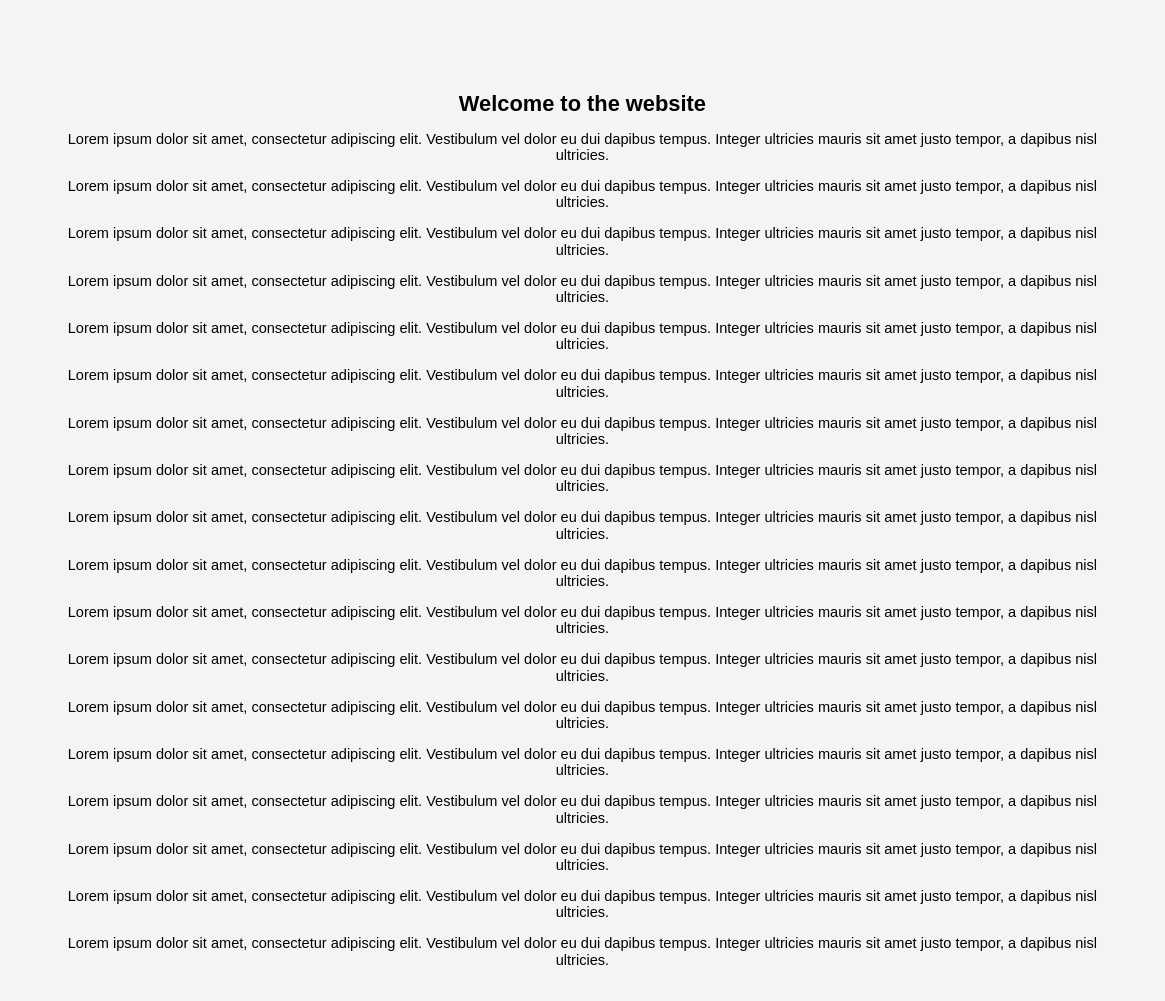
Repository: JoyMoGas/HelujaArc
Page: http://localhost/
These files come from the project's save history. The page is drawn as it stood at one moment and after the next save; the edit follows.
The browser window is 1280 px wide. The pictures show the part of the page from y = 500 to 1600 px (the page is 1600 px tall before and 1520 px after), at 91% of full size.
Backgrounds fixed to the window are drawn as part of the page. The page is served by the project's application, run on Flask 3 (run.py).

Above is the page before, as saved 2024-08-11 16:53:19.

After the next save:
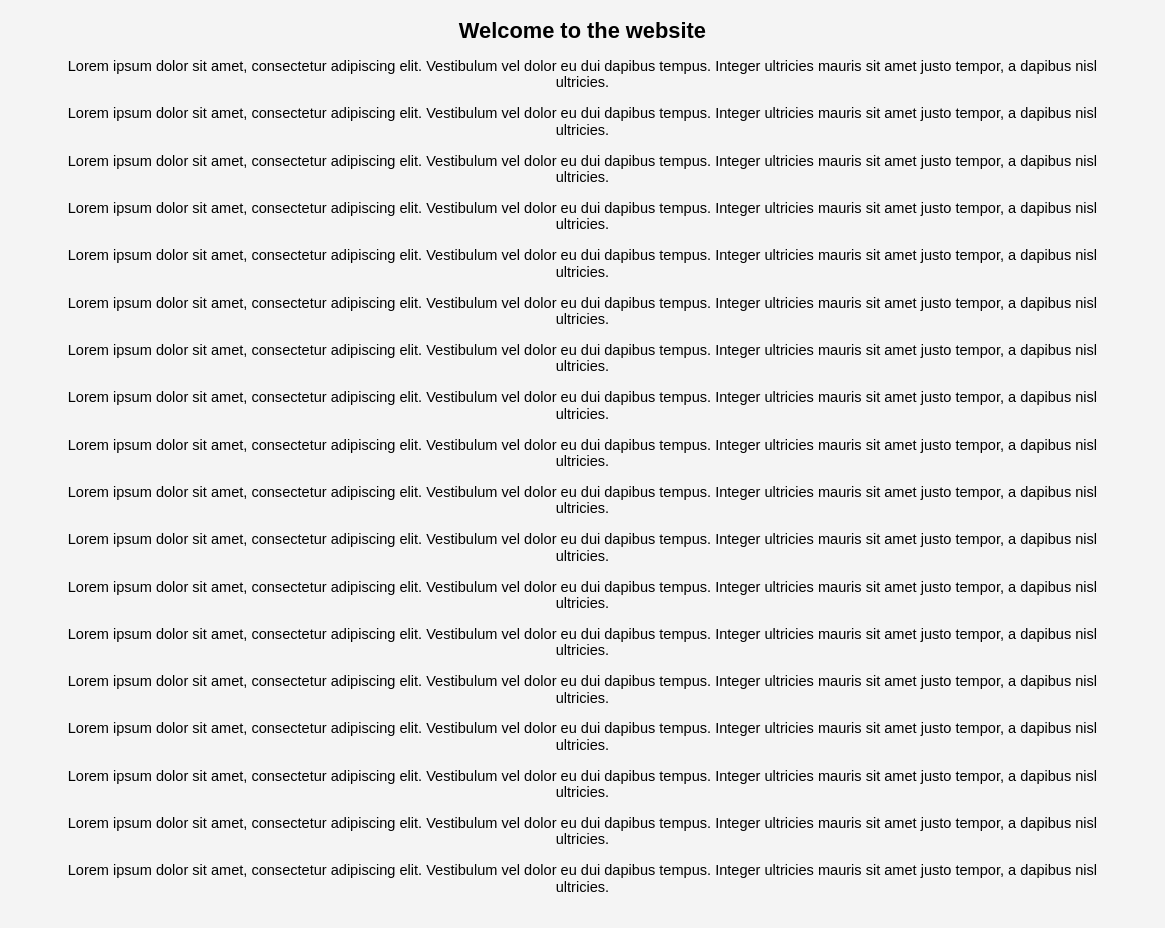
Saved 7 s later.
--- a/static/style.css
+++ b/static/style.css
@@ -80,7 +80,7 @@
     margin-top: 80px; /* Asegura que el contenido esté por debajo de la navbar */
     padding: 20px; /* Ajusta el padding según sea necesario */
     box-sizing: border-box;
-    margin-top: 30em;
+    margin-top: 25em;
 }
 
 /* Logo en el cuerpo */

After the save that followed:
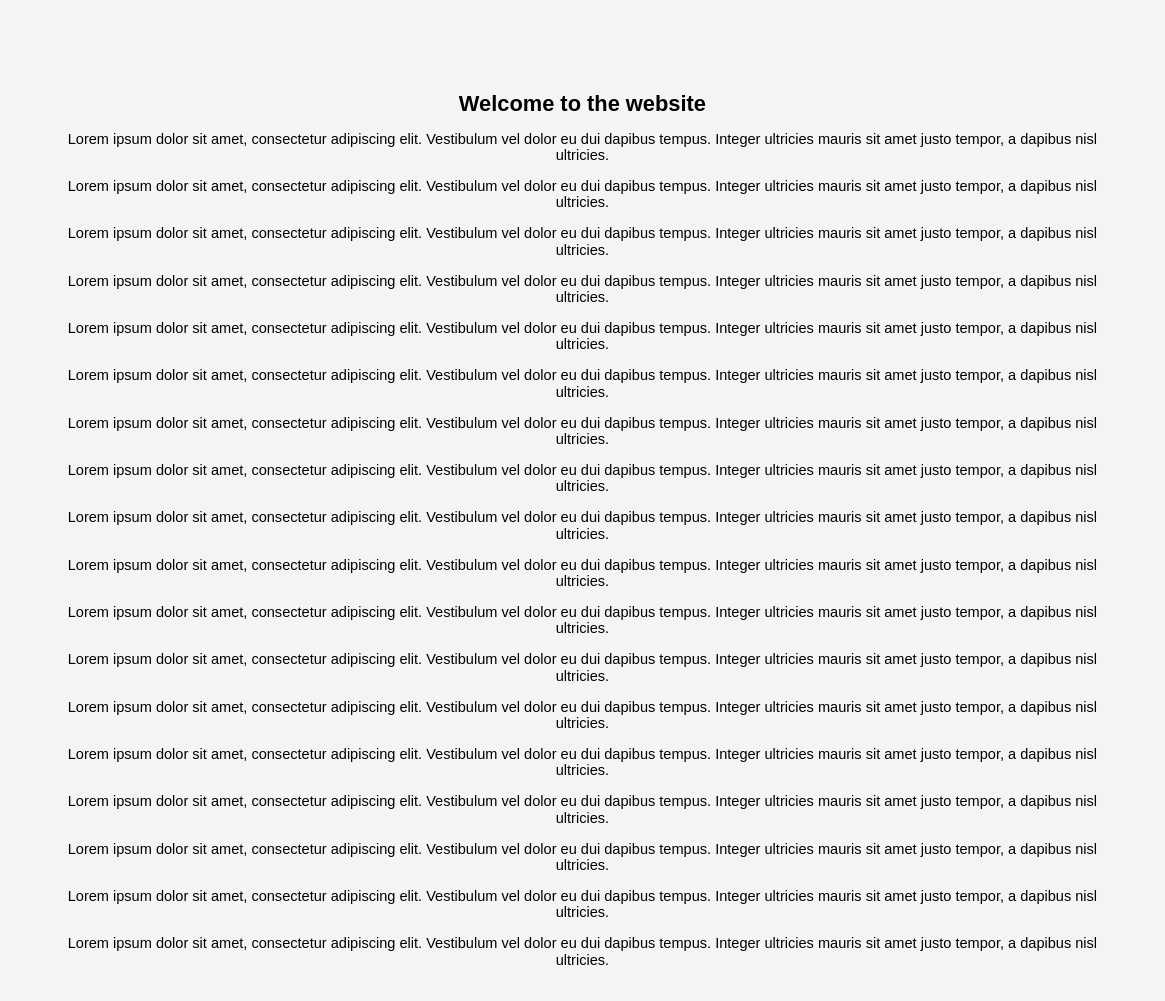
Saved 57 s later.
--- a/static/style.css
+++ b/static/style.css
@@ -80,7 +80,7 @@
     margin-top: 80px; /* Asegura que el contenido esté por debajo de la navbar */
     padding: 20px; /* Ajusta el padding según sea necesario */
     box-sizing: border-box;
-    margin-top: 25em;
+    margin-top: 30em;
 }
 
 /* Logo en el cuerpo */
